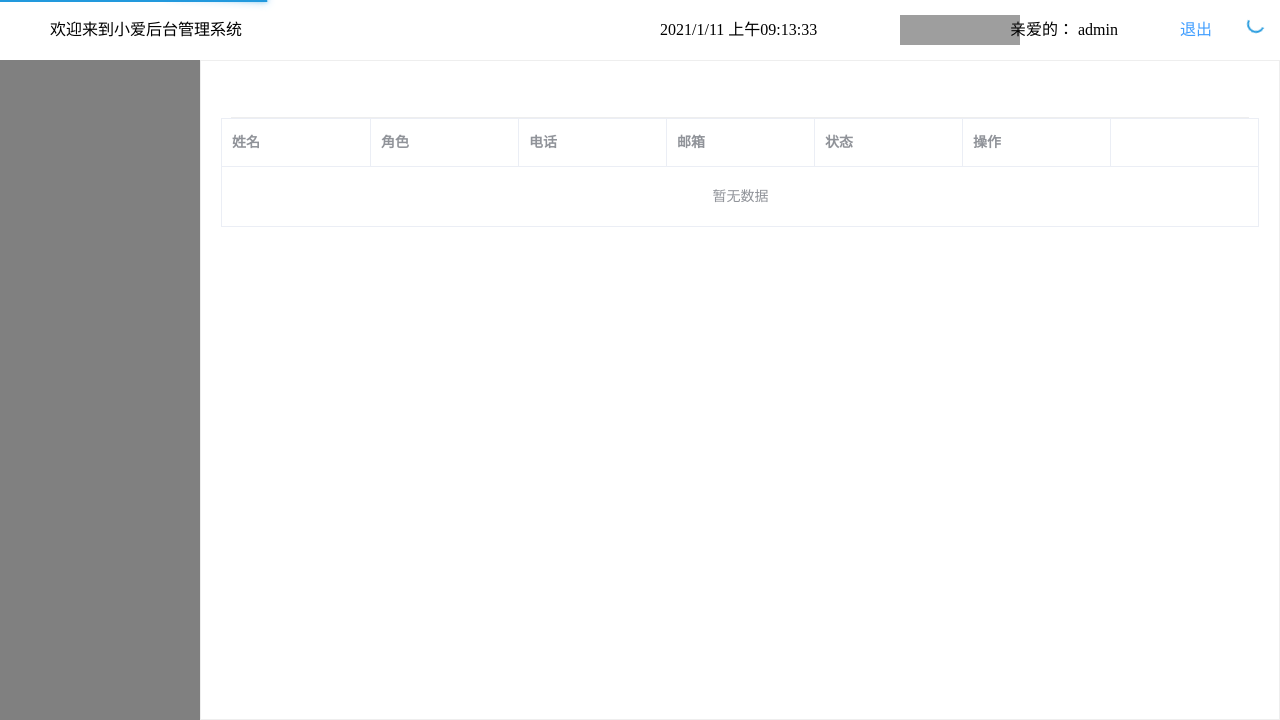
Repository: heyegang/vuex
Page: /usermanagement
The author's editor kept a copy of each file at every save. The page is drawn from the files as they stood at one save, then again after the next save.
The browser window is 1280 px wide. The pictures show the whole page.
Pictures or frames that could not be fetched are drawn as grey boxes. The page's requests for data from a server got no answer. The project was rebuilt for these pictures with package versions that can differ from the ones it lists, and the page was loaded fresh each time. No one was signed in, and anything a server would have sent is missing. Also part of the build but not shown: vue.config.js, src/views/Home.vue, src/components/navsidebar/NavSidebar.vue.

Above is the page before, as saved 2021-01-11 16:26:36.

### src/main.js
import Vue from "vue";
import App from "./App.vue";
import router from "./router";
import store from "./store";
import ElementUI from "element-ui";
import "element-ui/lib/theme-chalk/index.css"

Vue.use(ElementUI)
Vue.config.productionTip = false;

new Vue({
  router,
  store,
  render: h => h(App)
}).$mount("#app");

### src/App.vue
<template>
  <div id="app">
    <router-view />
  </div>
</template>

<style lang="scss">
*{
  margin: 0;
  padding: 0;
}
html,body,#app{
  height: 100%;
}
</style>

### src/router/index.js
import Vue from "vue";
import VueRouter from "vue-router";
import Home from "../views/Home.vue";
import Layout from "../views/layout/Layout.vue";

Vue.use(VueRouter);

const routes = [
  {
   path:"",
  component:Layout,
  children:[{
    path: "/",
    name: "Home",
    component: Home
  },
  {
    path: "/usermanagement",
    name: "usermanagement",
    component: () => import('../views/usermanagement/UserManagement.vue')
  },

  ]},
  {
    path: "/login",
    name: "login",
    component: () => import('../views/login/Login.vue')
  },
];

const router = new VueRouter({
  mode: "history",
  base: process.env.BASE_URL,
  routes
});

export default router;

### src/store/index.js
import Vue from "vue";
import Vuex from "vuex";
import user from "./user";
import layout from "./layout";
import Administration from "./Administration/Administration"
Vue.use(Vuex);

export default new Vuex.Store({
  state: {
    // 存放数据
  },
  mutations: {
    // 同步修改state
  },
  actions: {},
  modules: {
    // 代表模块
    user,
    layout,
    Administration,
  }
});

### src/views/layout/Layout.vue
<template>
  <div>
    <el-container>
      <el-header>
        <nav-header></nav-header>
      </el-header>
      <el-container>
        <el-aside width="200px">
          <nav-sidebar :layouts='layouts' v-if='layouts.length>0'></nav-sidebar>
        </el-aside>
        <el-main>
          <nav-label></nav-label>
          <router-view></router-view>
        </el-main>
      </el-container>
    </el-container>
  </div>
</template>

<script>
import NavHeader from "../../components/navheader/NavHeader";
import NavSidebar from "../../components/navsidebar/NavSidebar";
import NavLabel from "../../components/navlabel/NavLabel";
import {createNamespacedHelpers} from 'vuex'
let userModule = createNamespacedHelpers('layout')
let {mapState: layoutState,mapActions: layoutActions} = userModule
export default {
  name: "",
  props: {},
  data() {
    return {
      sidebars:[]
    };
  },
  components: {
    NavHeader,
    NavSidebar,
    NavLabel,
  },
  methods: {
    ...layoutActions(['gettype'])
  },
  mounted() {
    this.gettype()
  },
  computed: {
    ...layoutState(['layouts'])
  },
  watch: {}
};
</script>

<style lang='scss' scoped>
.el-header,
.el-footer {
  line-height: 60px;
}

.el-aside {
  position: fixed;
  top: 60px;
  bottom: 0;
  background-color: gray;
}

.el-main {
  position: fixed;
  bottom: 0;
  right: 0;
  top: 60px;
  left: 200px;
  border: 1px solid #eeeeee;
}

body > .el-container {
  margin-bottom: 40px;
}

.el-container:nth-child(5) .el-aside,
.el-container:nth-child(6) .el-aside {
  line-height: 260px;
}

.el-container:nth-child(7) .el-aside {
  line-height: 320px;
}
</style>

### src/views/usermanagement/UserManagement.vue
<template>
  <div class="back">
      <!-- <el-table
      :data="Administrations"
      style="width: 100%">
      <el-table-column
        prop="username"
        label="姓名">
      </el-table-column>
      <el-table-column
        prop="role_name"
        label="角色">
      </el-table-column>
      <el-table-column
        prop="mobile"
        label="电话">
      </el-table-column>
      <el-table-column
        prop="email"
        label="邮箱">
      </el-table-column>
    </el-table> -->
    <ai-table :data="Administrations" :columns="columns" border></ai-table>
  </div>
</template>

<script>
import {createNamespacedHelpers} from "vuex"
let userModule = createNamespacedHelpers('Administration')
let {mapState: AdmState,mapActions: AdmActions} = userModule
import AiTable from "../../components/aitable/AiTable"
export default {
  name: '',
  props:{

  },
  data () {
    return {
      pagenum:1,
      pagesize:5,
      query:'',
      columns:[
        {
          label:'姓名',
          prop:'username',
        },
        {
          label:'角色',
           prop:'role_name',
        },
        {
          label:'电话',
           prop:'mobile',
        },
        {
          label:'邮箱',
           prop:'email',
        },
        {
          label:'状态',
           prop:'mg_state',
        },
        {
          label:'操作',
           prop:'',

        },
      ]
    }
  },
  components: {
    AiTable,
  },
  methods: {
    ...AdmActions(['getusers'])
  },
  mounted() {
    this.getusers({
      query:'',
      pagenum:this.pagenum,
      pagesize:this.pagesize,
    })
  },
  computed: {
    ...AdmState(['Administrations'])
  },
  watch: {}
}
</script>

<style lang='scss' scoped>
.back{
  color: black;
}
</style>

### src/store/user.js
import { Message } from "element-ui";
import api from '../http/api';
import router from '../router'

export default {
    namespaced:true,
    // 开启命名空间

    state: {
        // 存放数据
        users:[]
      },
      mutations: {
        // 同步修改state
        setUsers(state,data){
            state.users = data
        }
      },
      actions: {
        //   发请求
        // 所有的方法
        // 登录 每一个action的方法都有两个参数 第一个是store 第二个是请求的参数
        // store可以解构为commit dispatch(提交另外一个action)
        async login(_,params){
            let res = await api.login(params)
            if(res.meta.status === 200){
                // 请求成功 存用户 跳转路由 提示用户
                localStorage.setItem('user', JSON.stringify(res.data))
                localStorage.setItem('token', res.data.token)
                Message.success('登录成功')
                router.push('/')
            } else {
                Message.error(res.meta.msg)
            }
        },
        // async getUsers({commit},params){
        //     let res = await api.getUsers(params)
        //     if(res.meta.status === 200) {
        //         commit('setUsers',res.data)
        //     }else {
        //         Message.error(res.meta.msg)
        //     }
        // } ,
      },
}

### src/store/layout.js
import api from '../http/api';
import { Message } from "element-ui";



export default {
  namespaced:true,
  state: {
    // 存放数据
    layouts:[]
  },
  mutations: {
    // 同步修改state
    setLayout(state,data){
      state.layouts = data
    }
  },
  actions: {
    async gettype({commit},params){
      let res = await api.gettype(params)
      if(res.meta.status === 200){
       console.log(res)
        commit('setLayout',res.data)
      }else {
        Message.error(res.meta.msg)
      }
    },
  },
}

### src/store/Administration/Administration.js
import { Message } from "element-ui";
import api from '../../http/api';

export default({
  namespaced:true,

  state: {
    // 存放数据
    Administrations:[]
  },
  mutations: {
    // 同步修改state
    setAdministration(state,data){
      state.Administrations = data
    }
  },
  actions: {
    async getusers({commit},params){
      let res =await api.getusers(params)
      if(res.meta.status === 200) {
        console.log(res)
        commit('setAdministration',res.data.users)
      } else {
        Message.error(res.meta.msg)
      }
    }
  },
})

### src/components/navheader/NavHeader.vue
<template>
  <div class="top">
      <div style="margin-left:30px;">
          欢迎来到小爱后台管理系统
      </div>
      <div class="box">
          {{times}}
      </div>
      <div class="weather">
          <div class="weather"><iframe scrolling="no" src="https://tianqiapi.com/api.php?style=yd&skin=pitaya" frameborder="0" width="100%" height="30" allowtransparency="true"></iframe></div>
    <!--获取天气-->
      </div>
      <div class="hello">
          亲爱的： admin
      </div>
      <div class="esc">
          退出
      </div>
  </div>
</template>

<script>
export default {
  name: '',
  props:{},
  data () {
    return {
      times:'',//格式化之后的当前时间
      currentTime: new Date() //当前时间
    }
  },
  components: {},
  methods: {
    getTimes(){
      setInterval(this.getTimesInterval, 1000);
    },
    getTimesInterval:function() {
      let _this = this;
      let year = new Date().getFullYear(); //获取当前时间的年份
      let month = new Date().getMonth() + 1; //获取当前时间的月份
      let day = new Date().getDate(); //获取当前时间的天数
      let hours = new Date().getHours(); //获取当前时间的小时
      let minutes = new Date().getMinutes(); //获取当前时间的分数
      let seconds = new Date().getSeconds(); //获取当前时间的秒数
      let hello = "";
      //当小于 10 的是时候，在前面加 0
      if (hours < 10) {
        hours = "0" + hours;
      }
      if (minutes < 10) {
        minutes = "0" + minutes;
      }
      if (seconds < 10) {
        seconds = "0" + seconds;
      }
      //一天中的时间
      if (hours > 6 && hours <13){
          hello = "上午";
      }
      if (hours > 13 && hours <18){
          hello = "下午";
      }
      if (hours > 18 && hours <24){
          hello = "晚上";
      }
      if (hours >0 && hours < 6){
          hello = "凌晨";
      }
      //拼接格式化当前时间
      _this.times = year + "/" + month + "/" + day + " " +hello+ hours + ":" + minutes + ":" + seconds;
    },
  },
  mounted() {
    this.getTimes()
  },
  computed: {},
  watch: {},
}
</script>

<style lang='scss' scoped>
.top{
    display: flex;
    position: relative;
    line-height: 60px;
}
.box{
    width: 220px;
    position: absolute;
    right: 380px;
    color: black;
}
.weather{
    width: 120px;
    position: absolute;
    right: 120px;
    top: 5px;
}
.hello{
    width: 120px;
    position: absolute;
    right: 130px;
}
.esc{
    width: 60px;
    position: absolute;
    right: 20px;
    color: #409EFF;
}
</style>

### src/components/navlabel/NavLabel.vue
<template>
  <div class="LabelBox">
  </div>
</template>

<script>
export default {
  name: '',
  props:{},
  data () {
    return {
    }
  },
  components: {},
  methods: {},
  mounted() {},
  computed: {},
  watch: {}
}
</script>

<style lang='scss' scoped>
.LabelBox{
  width: 98%;
  height: 36px;
  border-bottom: 1px solid #eee;
  margin-left: 1%;

}
</style>

### src/components/aitable/AiTable.vue
<template>
  <!-- <div>
    <ai-form></ai-form>
  </div> -->
    <el-table
      :border="border"
      :data="data"
      style="width: 100%"
      :align="center"
      >
      <el-table-column
      v-for="(item,index) in columns"
      :key="index"
      :prop="item.prop"
      :label="item.label"
      >
      </el-table-column>
      <el-table-column>
        <slot name="action" :scope="scope"></slot>
      </el-table-column>
    </el-table>
</template>

<script>

export default {
  name: '',
  props:{
    data:{
      type:Array,
      required:true
    },
    columns:{
      type:Array,
      required:true
    },
    border:{
      type:Boolean,
      dafault:false,
    }
  },
  data () {
    return {

    }
  },
  components: {},
  methods: {},
  mounted() {},
  computed: {},
  watch: {}
}
</script>

<style lang='scss' scoped>

</style>

### src/http/api.js
import http from './index'

export default{
     login({username,password}){
        return http.post('/login',{
            username,
            password
        })
     },
    //  getUsers({pagenum,pagesize,query}){
    //      if(query){
    //          return http.get(`/users?pagenum=${pagenum}&pagesize=${pagesize}&query=${query}`)
    //      } else {
    //          return http.get(`/users?pagenum=${pagenum}&pagesize=${pagesize}`)
    //      }

    //  },
     gettype(){
         return http.get('/menus')
     },
     getusers({query,pagenum,pagesize}){
        if(query){
            return http.get(`/users?pagenum=${pagenum}&pagesize=${pagesize}&query=${query}`)
        } else {
            return http.get(`/users?pagenum=${pagenum}&pagesize=${pagesize}`)
        }
     },
}

### src/http/index.js
import axios from 'axios'
import nprogress from 'nprogress'
import 'nprogress/nprogress.css'
import {Message} from 'element-ui'

// 需要区分当前环境是开发环境(development)还是生产环境(production)
let isPro = process.env.NODE_ENV === 'productin'

const http = axios.create({
    baseURL: isPro ? '线上接口路径':'/api',
    timeout:10000
})

// 请求拦截
http.interceptors.request.use(config =>{
    nprogress.start()
    // 配置token token是鉴权的一种方式
    // 在登陆成功后 会返回当前用户的token 存在本地
    // 可用（百度：js加密插件）加密插件加密token
    let token = localStorage.getItem('token')
    // 账号密码和token分开存
    if(token){
        config.headers.Authorization = token
    }
    return config
},err =>{
    nprogress.done()
    return Promise.reject(err)
})

// 响应拦截
http.interceptors.response.use(res => {
    nprogress.done()
    return res.data
},err => {

    // 请求失败
    let status = err.response && err.response.status
    // 状态码
    if (status === 400) {
        Message.error('参数错误')
    }
    if (status === 401) {
        Message.error('没有权限')
    }
    if (status === 403) {
        Message.error('登录过期')
    }
    if (status === 404) {
        Message.error('路径错误')
    }
    if (status === 500) {
        Message.error('服务器错误')
    }
    if (status === 403) {
        Message.error('服务器在维护')
    }
    return Promise.reject(err)
})


export default http

Loaded but not shown: public/index.html (common file)

After the next save:
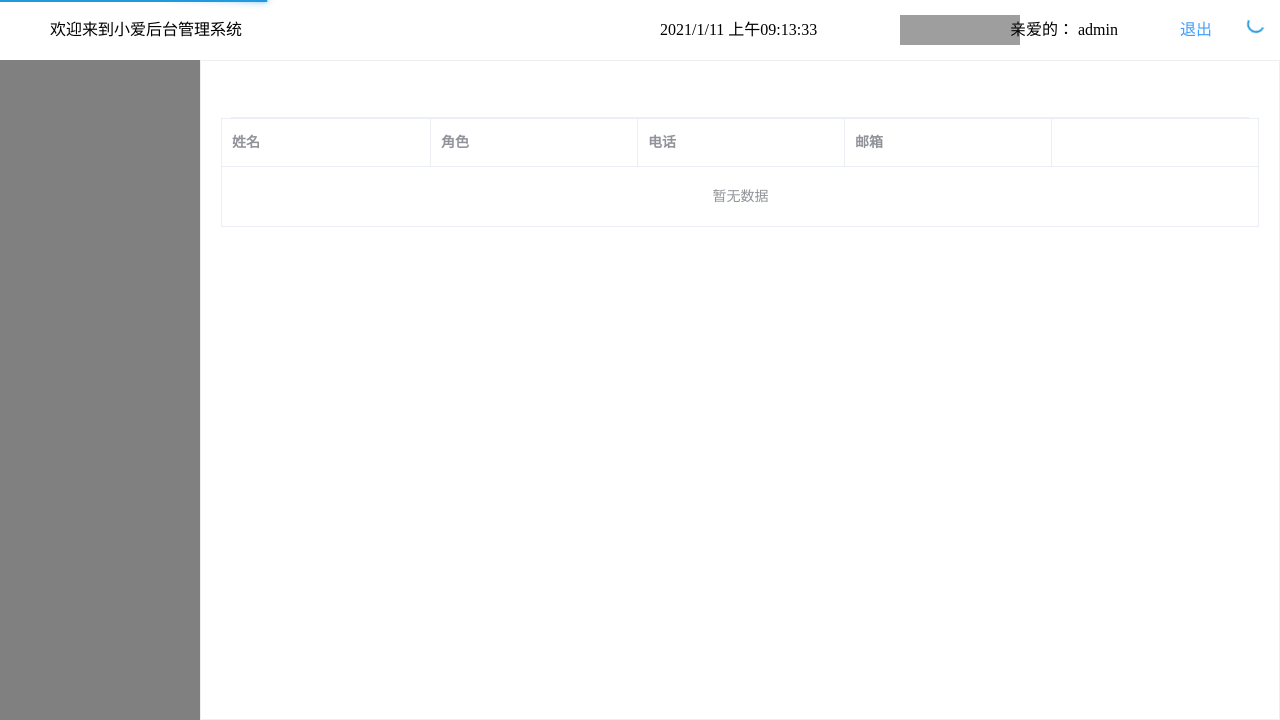
Saved 15 s later.
--- a/src/views/usermanagement/UserManagement.vue
+++ b/src/views/usermanagement/UserManagement.vue
@@ -56,15 +56,7 @@
           label:'邮箱',
            prop:'email',
         },
-        {
-          label:'状态',
-           prop:'mg_state',
-        },
-        {
-          label:'操作',
-           prop:'',
 
-        },
       ]
     }
   },

After the 2 saves that followed:
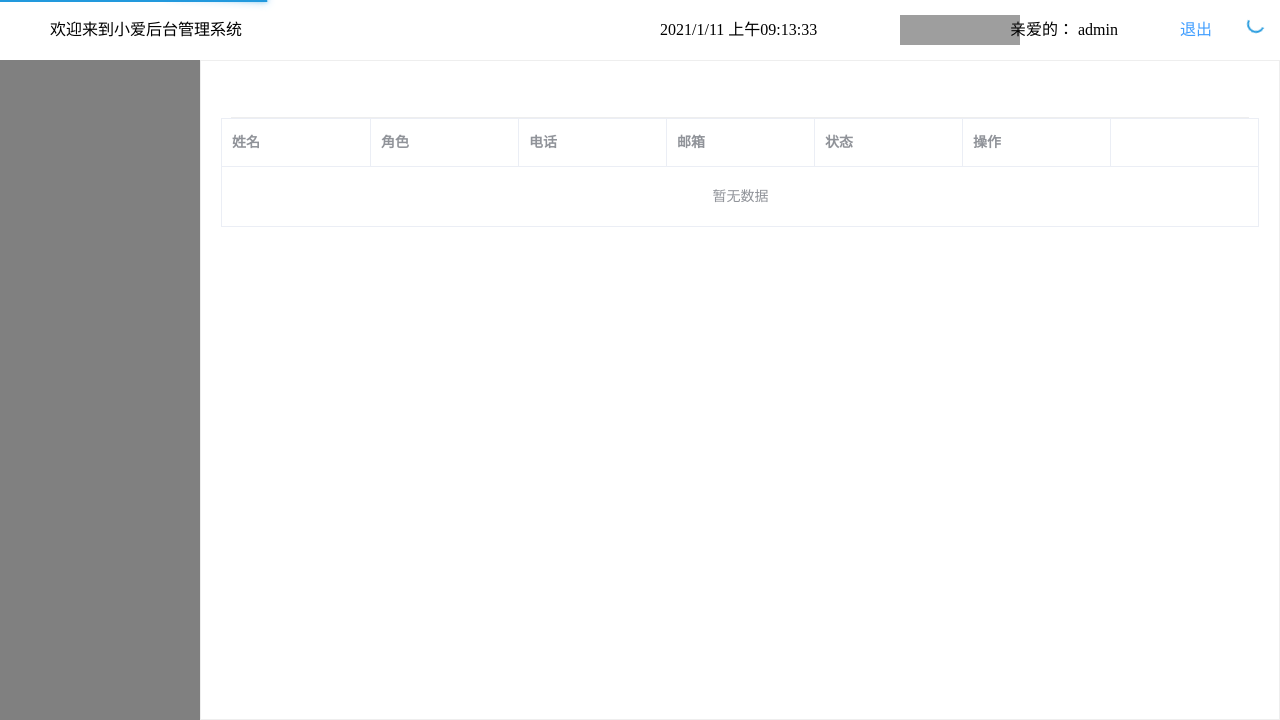
The 2 saves are shown as one change because 1 left the picture as it was.
The last was saved 13 min 37 s later.
--- a/src/views/usermanagement/UserManagement.vue
+++ b/src/views/usermanagement/UserManagement.vue
@@ -56,7 +56,15 @@
           label:'邮箱',
            prop:'email',
         },
+        {
+          label:'状态',
+           prop:'mg_state',
+        },
+        {
+          label:'操作',
+           prop:'',
 
+        },
       ]
     }
   },
--- a/src/components/aitable/AiTable.vue
+++ b/src/components/aitable/AiTable.vue
@@ -15,8 +15,11 @@
       :label="item.label"
       >
       </el-table-column>
+
       <el-table-column>
-        <slot name="action" :scope="scope"></slot>
+        <template slot-scope="scope">
+          <slot name="action" :scope="scope"></slot>
+        </template>
       </el-table-column>
     </el-table>
 </template>
